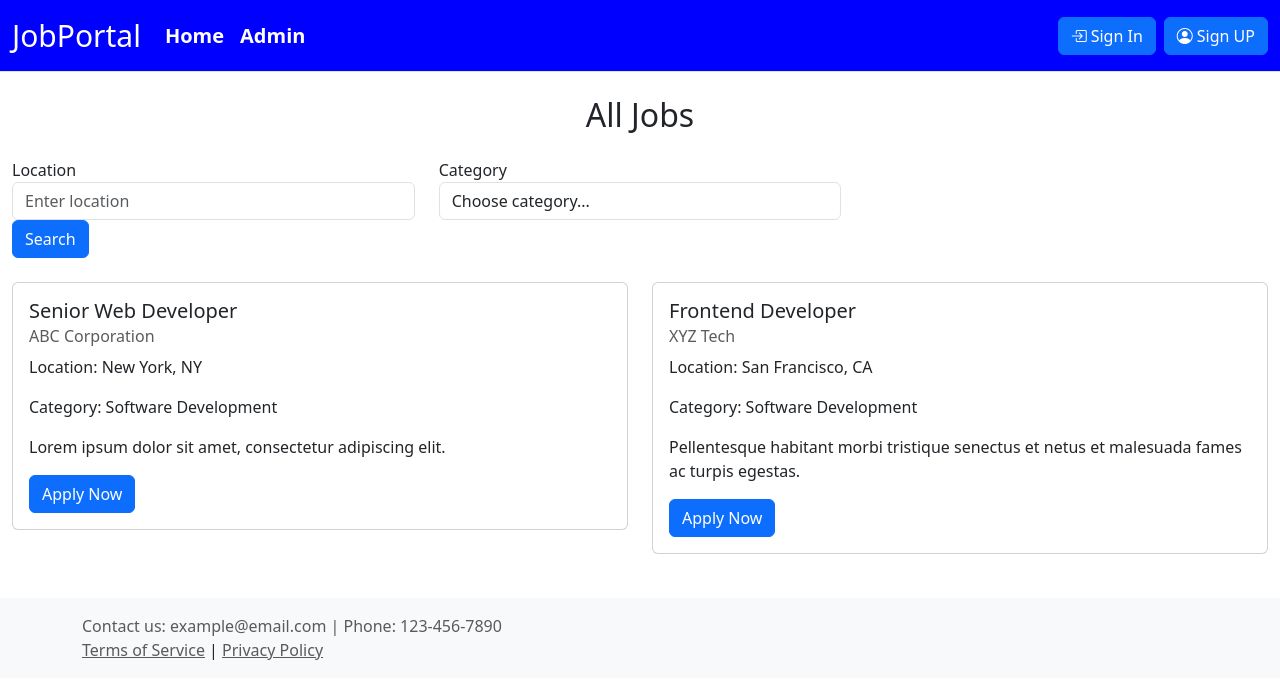
Repository: smruti12344/Job_Portal
Page: http://localhost/Job_portal/home.jsp
The author's editor kept a copy of each file at every save. The page is drawn from the files as they stood at one save, then again after the next save.
The browser window is 1280 px wide. The pictures show the whole page.
Some web libraries are served in a nearby version. The page is served by Tomcat 9. Other server files are loaded and not shown.

Above is the page before, as saved 2024-04-17 06:03:08.

### Job_portal/src/main/webapp/home.jsp
<%@ page language="java" contentType="text/html; charset=UTF-8"
    pageEncoding="UTF-8"%>
<!DOCTYPE html>
<html lang="en">
<head>
    <meta charset="UTF-8">
    <meta name="viewport" content="width=device-width, initial-scale=1.0">
    <title>All Jobs</title>
    <!--all file links  -->
<%@include file="Components\alllinks.jsp" %>
    <!-- Custom CSS -->
    <style>
        /* Custom styles */
        .job-card {
            margin-bottom: 20px;
        }
    </style>
</head>
<body>
<%@include file="Components\navbar.jsp" %>
    <div class="container-fluid my-4">
        <h2 class="text-center mb-4">All Jobs</h2>

        <!-- Search form -->
        <form >
            <div class="row d-flex">
                <div class="form-group col-md-4">
                    <label for="inputLocation">Location</label>
                    <input type="text" class="form-control" id="inputLocation" placeholder="Enter location">
                </div>
                <div class="form-group col-md-4">
                    <label for="inputCategory">Category</label>
                    <select id="inputCategory" class="form-control">
                        <option selected>Choose category...</option>
                        <option>Software Development</option>
                        <option>Marketing</option>
                        <option>Finance</option>
                        <!-- Add more categories as needed -->
                    </select>
                </div>


            </div>
              <button type="submit" class="btn btn-primary">Search</button>
        </form>

        <div class="row mt-4">
            <div class="col-md-6">
                <div class="card job-card">
                    <div class="card-body">
                        <h5 class="card-title">Senior Web Developer</h5>
                        <h6 class="card-subtitle mb-2 text-muted">ABC Corporation</h6>
                        <p class="card-text">Location: New York, NY</p>
                        <p class="card-text">Category: Software Development</p>
                        <p class="card-text">Lorem ipsum dolor sit amet, consectetur adipiscing elit.</p>
                        <a href="#" class="btn btn-primary">Apply Now</a>
                    </div>
                </div>
            </div>
            <!-- Add more job cards as needed -->
            <div class="col-md-6">
                <div class="card job-card">
                    <div class="card-body">
                        <h5 class="card-title">Frontend Developer</h5>
                        <h6 class="card-subtitle mb-2 text-muted">XYZ Tech</h6>
                        <p class="card-text">Location: San Francisco, CA</p>
                        <p class="card-text">Category: Software Development</p>
                        <p class="card-text">Pellentesque habitant morbi tristique senectus et netus et malesuada fames ac turpis egestas.</p>
                        <a href="#" class="btn btn-primary">Apply Now</a>
                    </div>
                </div>
            </div>
        </div>
    </div>

    <footer class="footer mt-auto py-3 bg-light d-flex">
        <div class="container">
            <span class="text-muted">Contact us: example@email.com | Phone: 123-456-7890</span>
            <div class="float-right">
                <a href="#" class="text-muted">Terms of Service</a> |
                <a href="#" class="text-muted">Privacy Policy</a>
            </div>
        </div>
    </footer>

    <!-- Bootstrap JS and jQuery (optional, for Bootstrap components that require JavaScript) -->
    <script src="https://code.jquery.com/jquery-3.5.1.slim.min.js"></script>
    <script src="https://cdn.jsdelivr.net/npm/@popperjs/core@1.16.1/dist/umd/popper.min.js"></script>
    <script src="https://stackpath.bootstrapcdn.com/bootstrap/4.5.2/js/bootstrap.min.js"></script>
</body>
</html>

### Job_portal/src/main/webapp/Components/alllinks.jsp

<link
	href="https://cdn.jsdelivr.net/npm/bootstrap@5.3.3/dist/css/bootstrap.min.css"
	rel="stylesheet"
	integrity="sha384-QWTKZyjpPEjISv5WaRU9OFeRpok6YctnYmDr5pNlyT2bRjXh0JMhjY6hW+ALEwIH"
	crossorigin="anonymous">

<link rel="stylesheet"
	href="https://cdn.jsdelivr.net/npm/bootstrap-icons@1.11.3/font/bootstrap-icons.min.css">

<script
	src="https://cdn.jsdelivr.net/npm/bootstrap@5.3.3/dist/js/bootstrap.bundle.min.js"
	integrity="sha384-YvpcrYf0tY3lHB60NNkmXc5s9fDVZLESaAA55NDzOxhy9GkcIdslK1eN7N6jIeHz"
	crossorigin="anonymous"></script>

<link rel="stylesheet" href="Components/style.css"></link>

### Job_portal/src/main/webapp/Components/navbar.jsp
 <%@ taglib prefix="c" uri="http://java.sun.com/jsp/jstl/core" %>
 <%@ page isELIgnored="false" %>
<nav class="navbar bg-dark navbar-expand-lg border-bottom border-body bg-custom" >
  <div class="container-fluid">
    <a class="navbar-brand" href="#">JobPortal</a>
    <button class="navbar-toggler" type="button" data-bs-toggle="collapse" data-bs-target="#navbarSupportedContent" aria-controls="navbarSupportedContent" aria-expanded="false" aria-label="Toggle navigation">
      <span class="navbar-toggler-icon"></span>
    </button>
    <div class="collapse navbar-collapse" id="navbarSupportedContent">
      <ul class="navbar-nav me-auto mb-2 mb-lg-0">
        <li class="nav-item">
          <a class="nav-link active" aria-current="page" href="index.jsp">Home</a>
        </li>
        <li class="nav-item">
          <a class="nav-link active" aria-current="page" href="admin.jsp">Admin</a>
        </li>
        <c:if test="${user eq 'admin@gmail.com' }">
           <li class="nav-item">
          <a class="nav-link" href="add_job.jsp"><i class="bi bi-plus-circle-fill me-1"></i>Post jobs</a>
        </li>
        <li class="nav-item">
          <a class="nav-link" href="View.jsp"><i class="bi bi-eye-fill me-1"></i>View jobs</a>
        </li>
        </c:if>




      </ul>
      <form class="d-flex" role="search">
      <c:if test="${not empty user }">

      <a href="#" > <button class="btn btn-primary me-2 " type="button"><i class="bi bi-person-circle me-1"></i>Admin</button></a>
       <a href="signup.jsp"> <button type="button" class="btn btn-primary"><i class="bi bi-box-arrow-in-right me-1"></i>Sign out</button></a>
        </c:if>

      <c:if test="${ empty user }">

      <a href="signin.jsp" > <button class="btn btn-primary me-2 " type="button"><i class="bi bi-box-arrow-in-right me-1"></i>Sign In</button></a>
       <a href="signup.jsp"> <button type="button" class="btn btn-primary"><i class="bi bi-person-circle me-1"></i>Sign UP</button></a>
        </c:if>

      </form>
    </div>
  </div>
</nav>

### Job_portal/src/main/webapp/Components/style.css
.bg-custom{
	background-color: blue !important ;
}
.navbar-brand{
	color: white;
	font-size: 30px;
	user-select: none;
}
.navbar-brand:hover{
	color: white;
	text-shadow: 2px 2px 2px black;
	cursor:auto;
}
.navbar .nav-item .nav-link{
	font-size: 20px;
	color: white;
	font-weight: bold;
}
.navbar .nav-item:hover .nav-link{
	background: white;
	color: black;
	border-radius: 10px;
	cursor: pointer;
}

After the next save:
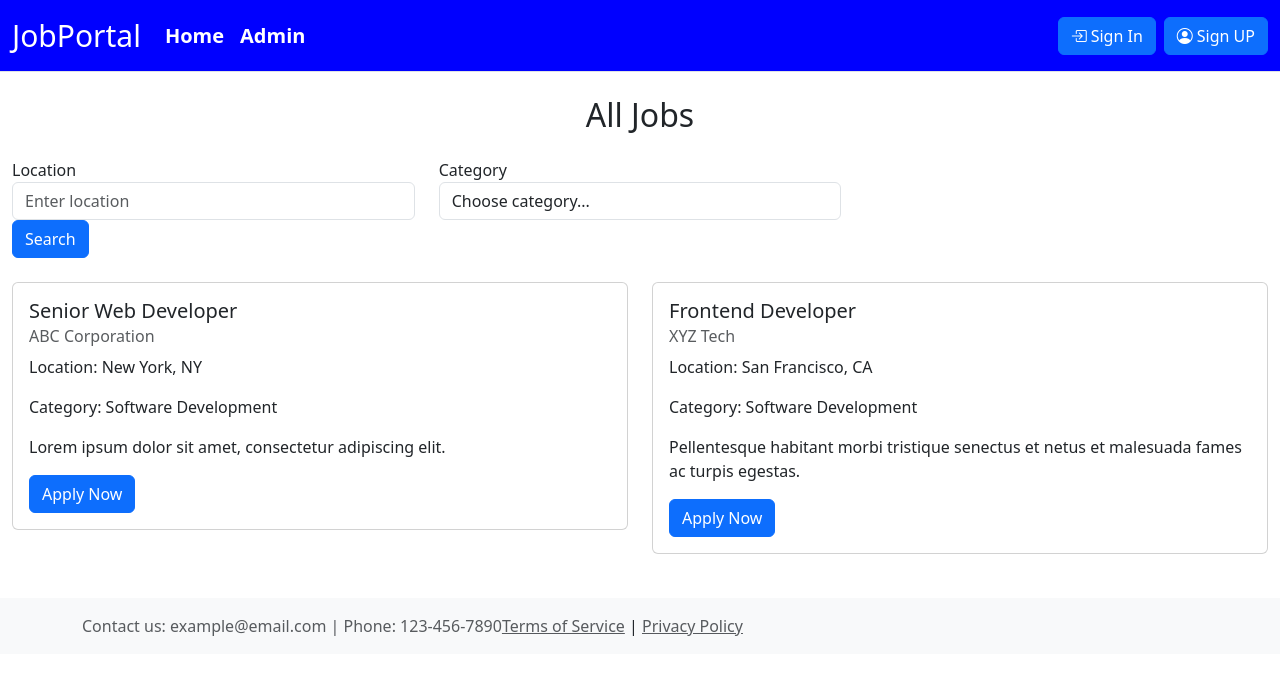
Saved 28 s later.
--- a/Job_portal/src/main/webapp/home.jsp
+++ b/Job_portal/src/main/webapp/home.jsp
@@ -73,8 +73,8 @@
         </div>
     </div>
 
-    <footer class="footer mt-auto py-3 bg-light d-flex">
-        <div class="container">
+    <footer class="footer mt-auto py-3 bg-light ">
+        <div class="container d-flex">
             <span class="text-muted">Contact us: example@email.com | Phone: 123-456-7890</span>
             <div class="float-right">
                 <a href="#" class="text-muted">Terms of Service</a> |
